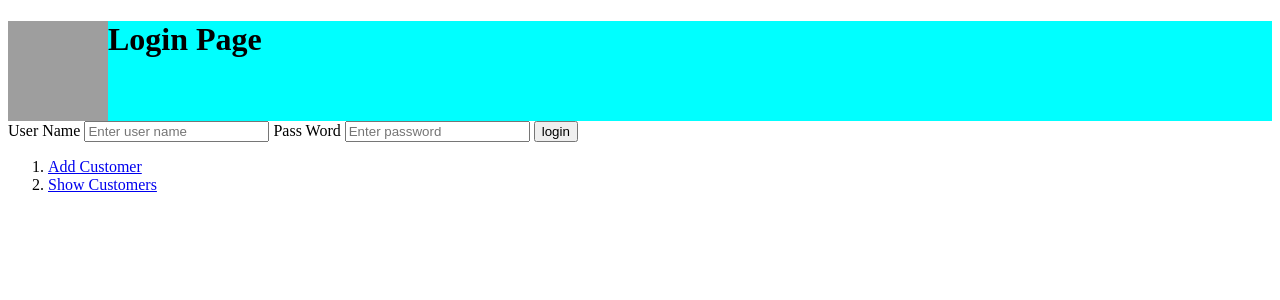
Repository: aishwarya-sankhla/JavaTraining
Page: JavaBeanExample/WebContent/index.html
These files come from the project's save history. The page is drawn as it stood at one moment and after the next save; the edit follows.
The browser window is 1280 px wide. The pictures show the whole page.
Pictures or frames that could not be fetched are drawn as grey boxes.

Above is the page before, as saved 2018-10-04 10:40:48.

### JavaBeanExample/WebContent/index.html
<!DOCTYPE html>
<html>
<head>
<meta charset="ISO-8859-1">
<title>Insert title here</title>
<style type="text/css">
.head{
	height:100px;
	background-color: #00FFFF;
}
img{
	width: 100px;
	height: 100px;
	float: left;
}
</style>
</head>
<body>
<div class="head">
		<img alt="film" src="Images/film.png">
		<h1>Login Page</h1>
</div>
<form method="post">
	<label for="userName">User Name</label>
	<input type="text" name="userName" placeholder="Enter user name" id="userName"/>
	<label for="passWord">Pass Word</label>
	<input type="text" name="passWord" placeholder="Enter password" id="passWord"/>

	<input type="submit" value="login"/>
</form>
<nav>
	<ol>
		<li><a href="AddCutomer.jsp">Add Customer</a></li>
		<li><a href="ShowCustomers.jsp">Show Customers</a></li>
	</ol>
</nav>
</body>
</html>

After the next save:
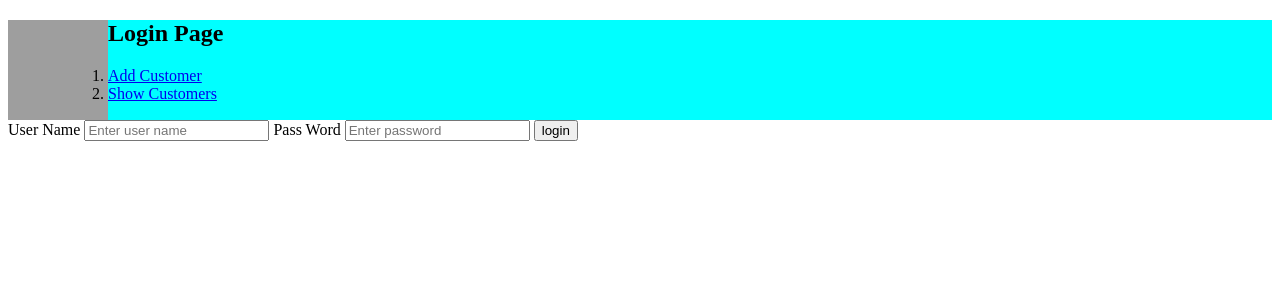
Saved 78 s later.
--- a/JavaBeanExample/WebContent/index.html
+++ b/JavaBeanExample/WebContent/index.html
@@ -16,10 +16,16 @@ img{
 </style>
 </head>
 <body>
-<div class="head">
+<nav class="head">
+<div>
 		<img alt="film" src="Images/film.png">
 		<h1>Login Page</h1>
 </div>
+	<ol>
+		<li><a href="AddCutomer.jsp">Add Customer</a></li>
+		<li><a href="ShowCustomers.jsp">Show Customers</a></li>
+	</ol>
+</nav>
 <form method="post">
 	<label for="userName">User Name</label>
 	<input type="text" name="userName" placeholder="Enter user name" id="userName"/>
@@ -28,11 +34,6 @@ img{
 
 	<input type="submit" value="login"/>
 </form>
-<nav>
-	<ol>
-		<li><a href="AddCutomer.jsp">Add Customer</a></li>
-		<li><a href="ShowCustomers.jsp">Show Customers</a></li>
-	</ol>
-</nav>
+
 </body>
 </html>
